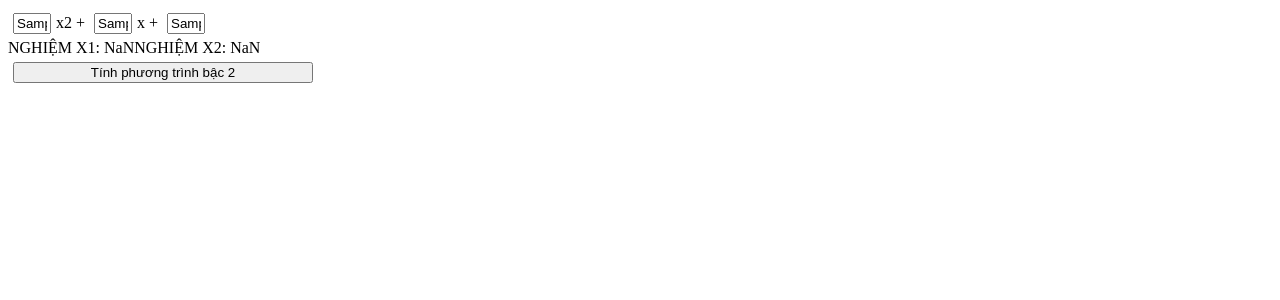
Repository: phunobi1807/quadraticEquation2
Page: index.html
The author's editor kept a copy of each file at every save. The page is drawn from the files as they stood at one save, then again after the next save.
The browser window is 1280 px wide. The pictures show the whole page.
Empty fields were first filled with sample values (such as "Sample", 5 or name@example.com).
After loading, the first visible `#oke` was clicked once.

Above is the page before, as saved 2022-07-25 13:46:49.
Not found: css/currency.default.css

### index.html
<!DOCTYPE html>
<html lang="en">

<head>
  <meta charset="UTF-8" />
  <meta http-equiv="X-UA-Compatible" content="IE=edge" />
  <meta name="viewport" content="width=device-width, initial-scale=1.0" />
  <title>Document</title>
  <script src="https://code.jquery.com/jquery-3.6.0.slim.min.js"
    integrity="sha256-u7e5khyithlIdTpu22PHhENmPcRdFiHRjhAuHcs05RI=" crossorigin="anonymous"></script>
  <link rel="stylesheet" href="./styles.css" />
  <script src="https://code.jquery.com/jquery-3.6.0.slim.min.js"
    integrity="sha256-u7e5khyithlIdTpu22PHhENmPcRdFiHRjhAuHcs05RI=" crossorigin="anonymous"></script>
  <link type="text/css" rel="stylesheet" href="css/currency.default.css">
</head>

<body>

  <!--

    Các bước tính phương trình bậc 2
    - 1. TÍNH BIỆT SỐ
    - 2. Suy luận 3 kết quả
    - 2.1. Vô nghiệm
    - 2.2. Nghiệm kép
    - 2.3. 2 Nghiệm

  -->

  <!-- <input type="text" class="number" value="" placeholder="A" />x2 +
  <input type="text" class="number" value="" placeholder="B" />x +
  <input type="text" class="number" value="" placeholder="C" />
  <button type="submit">=</button>

  <input type="text" class="total" value="" placeholder="0" /> -->
  <input type='text' id="a" placeholder="A" />x2 +
  <input type='text' id="b" placeholder="B" />x +
  <input type='text' id="c" placeholder="C" />

  <div class="result">

  </div>

  <input type="button" id="oke" value="Tính phương trình bậc 2" style="min-width: 300px" />


  <script src="./myjs.js"></script>
</body>

</html>

### styles.css

 /* input.total {
    margin-top: 30px;
} */
 input {
    width: 30px;
    margin: 5px;
}

### myjs.js
$(document).ready(() => {
  // $(document).on("change", ".number", function () {
  //   var sum = 0;
  //   $(".number").each(function () {
  //     sum += +$(this).val();
  //   });
  //   $(".total").val(sum);
  // });

  /**
   * Tính phương trình bật 2 và trả ra kết quả
   * Khi hàm return false nghĩa là phương trình vô nghiệm
   * Còn có nghiệm thì lấy dạng object x1, x2
   *
   * @param {Number} a
   * @param {Number} b
   * @param {Number} c
   */
  function quadraticEquation2(a, b, c) {
    // Tính biệt số (gọi là delta) theo như công thức
    // Math.pow đại diện cho n bình phương m (n^m)
    let x1, x2;

    const delta = Math.pow(b, 2) - 4 * a * c;

    if (delta < 0) {
      return false;
    } else if (delta === 0) {
      x1 = x2 = -((b / 2) * a);
      return {
        x1: x1,
        x2: x2,
      };
    } else {
      x1 = (-b + Math.sqrt(delta)) / (2 * a);
      x2 = (-b - Math.sqrt(delta)) / (2 * a);
      return {
        x1: x1,
        x2: x2,
      };
    }
  }

  function renderResult(x1, x2) {
    $(".result")
      .html("")
      .append("NGHIỆM X1: " + x1)
      .append("NGHIỆM X2: " + x2);
  }

  function renderFalse() {
    $(".result")
      .html("Vô nghiệm")
  }

  $("#oke").on("click", function () {
    const a = parseFloat($("#a").val());
    const b = parseFloat($("#b").val());
    const c = parseFloat($("#c").val());

    const result = quadraticEquation2(a, b, c);

    if(result === false) {
      // Phương trình vô nghiệm
      renderFalse();
    } else {
      const {x1, x2} = result;
      // Nghiệm x1, x2
      renderResult(x1, x2);
    }

    console.log(result);

    // Cái render giao diện tính sau nhé, giờ tính toán được đã
  });
})

After the next save:
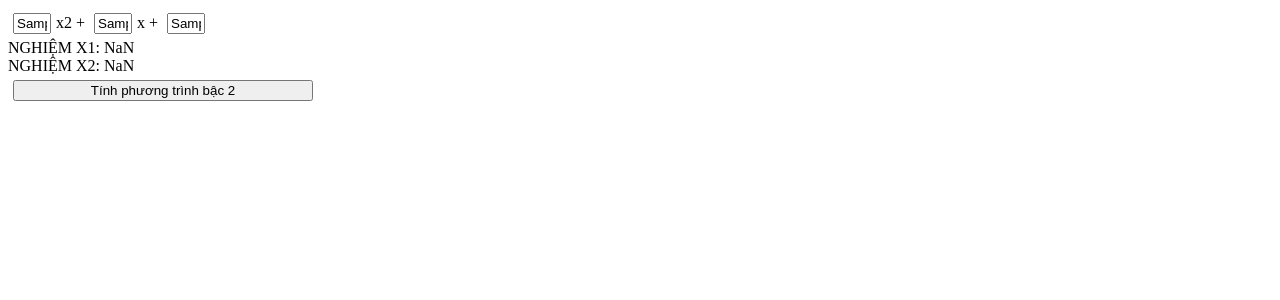
Saved 7 s later.
--- a/myjs.js
+++ b/myjs.js
@@ -44,7 +44,7 @@
   function renderResult(x1, x2) {
     $(".result")
       .html("")
-      .append("NGHIỆM X1: " + x1)
+      .append("NGHIỆM X1: " + x1 + "<br />")
       .append("NGHIỆM X2: " + x2);
   }
 
